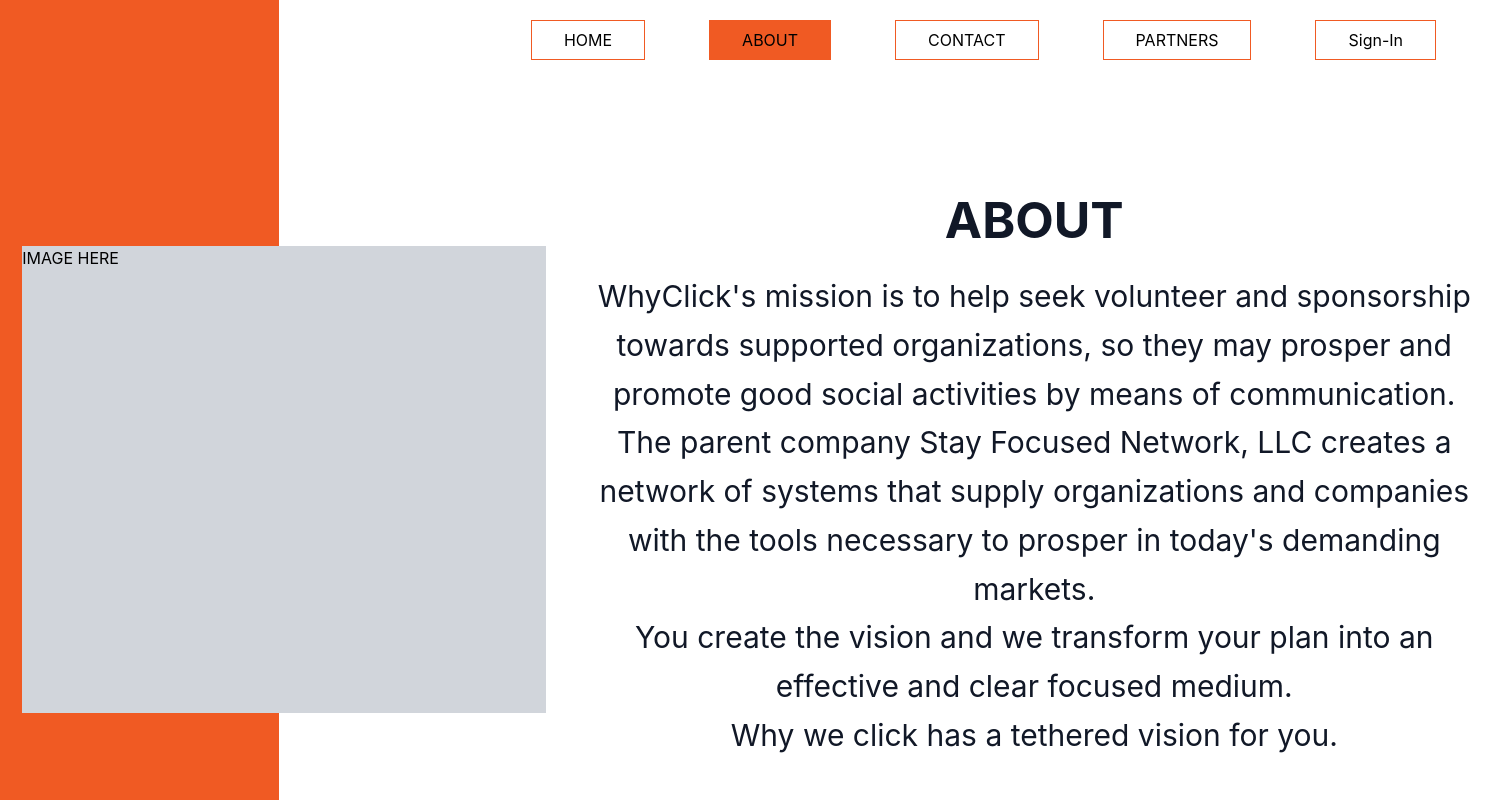
Repository: legenddev1202/whyclicktv
Page: /about
An editor plug-in stored every save of this project. The page is shown before and after the next save, followed by the edit.
The browser window is 1280 px wide. The page is 1500 px wide, so the pictures cover 1500 px, including what lies to the right of the window. The pictures show the whole page.
The project was rebuilt for these pictures with package versions that can differ from the ones it lists, and the page was loaded fresh each time. Also part of the build but not shown: src/App.css, src/pages/home.js, src/pages/contact.js, src/pages/partners.js, src/pages/referral.js.

Above is the page before, as saved 2022-04-12 08:03:57.

### public/index.html
<!DOCTYPE html>
<html lang="en">
  <head>
    <meta charset="utf-8" />
    <link rel="icon" href="%PUBLIC_URL%/favicon.ico" />
    <meta name="viewport" content="width=device-width, initial-scale=1" />
    <meta name="theme-color" content="#000000" />
    <meta name="description" content="why-click" />
    <link rel="apple-touch-icon" href="%PUBLIC_URL%/favicon.ico" />
    <!--
      manifest.json provides metadata used when your web app is installed on a
      user's mobile device or desktop. See https://developers.google.com/web/fundamentals/web-app-manifest/
    -->
    <link rel="manifest" href="%PUBLIC_URL%/manifest.json" />
    <!--
      Notice the use of %PUBLIC_URL% in the tags above.
      It will be replaced with the URL of the `public` folder during the build.
      Only files inside the `public` folder can be referenced from the HTML.

      Unlike "/favicon.ico" or "favicon.ico", "%PUBLIC_URL%/favicon.ico" will
      work correctly both with client-side routing and a non-root public URL.
      Learn how to configure a non-root public URL by running `npm run build`.
    -->
    <title>WhyClick.tv</title>
  </head>
  <body>
    <noscript>WhyClick.tv</noscript>
    <div id="root"></div>
    <!--
      This HTML file is a template.
      If you open it directly in the browser, you will see an empty page.

      You can add webfonts, meta tags, or analytics to this file.
      The build step will place the bundled scripts into the <body> tag.

      To begin the development, run `npm start` or `yarn start`.
      To create a production bundle, use `npm run build` or `yarn build`.
    -->
  </body>
</html>

### src/index.css
@tailwind base;
@tailwind components;
@tailwind utilities;

body {
  margin: 0;
  font-family: -apple-system, BlinkMacSystemFont, "Segoe UI", "Roboto", "Oxygen",
    "Ubuntu", "Cantarell", "Fira Sans", "Droid Sans", "Helvetica Neue",
    sans-serif;
  -webkit-font-smoothing: antialiased;
  -moz-osx-font-smoothing: grayscale;
  height: 100%;
  min-width: 1500px;
}

code {
  font-family: source-code-pro, Menlo, Monaco, Consolas, "Courier New",
    monospace;
}

input::placeholder {
  font-size: 50;
}

input::-moz-placeholder {
  font-size: 50;
}

input::-webkit-input-placeholder {
  font-size: 50;
}

### src/App.js
import { Routes, Route, Link } from "react-router-dom";
import "./App.css";
import Home from "./pages/home";
import About from "./pages/about";
import Contact from "./pages/contact";
import Partners from "./pages/partners";
import Referral from "./pages/referral";

function App() {
  return (
    <Routes>
      <Route path="/" element={<Home />} />
      <Route path="about" element={<About />} />
      <Route path="contact" element={<Contact />} />
      <Route path="partners" element={<Partners />} />
      <Route path="referrel" element={<Referral />} />
    </Routes>
  );
}

export default App;

### src/pages/about.js
import React from "react";
import { Routes, Route, Link } from "react-router-dom";

function About() {
  return (
    <div>
      <div className="bg-transparent w-full h-20 flex items-center px-8 justify-between z-0">
        <div>
          <div
            className="absolute h-20 top-0 left-0"
            style={{ backgroundColor: "#F05A23", width: "279px" }}
          ></div>
        </div>
        <div className="bg-transparent">
          <button
            className="h-10 px-8 mx-8 border"
            style={{ borderColor: "#F05A23" }}
          >
            <Link to="/">HOME</Link>
          </button>
          <button
            className="h-10 px-8 mx-8 border"
            style={{ borderColor: "#F05A23", backgroundColor: "#F05A23" }}
          >
            <Link to="/about">ABOUT</Link>
          </button>
          <button
            className="h-10 px-8 mx-8 border"
            style={{ borderColor: "#F05A23" }}
          >
            <Link to="/contact">CONTACT</Link>
          </button>
          <button
            className="h-10 px-8 mx-8 border"
            style={{ borderColor: "#F05A23" }}
          >
            <Link to="/partners">PARTNERS</Link>
          </button>
          <button
            className="h-10 px-8 mx-8 border"
            style={{ borderColor: "#F05A23" }}
          >
            <Link to="/signin">Sign-In</Link>
          </button>
        </div>
      </div>

      <div
        className="flex w-full items-center justify-around absolute z-20 mx-auto ml-auto"
        style={{ top: "200px", minWidth: 1500 }}
      >
        <div
          className="bg-gray-300"
          style={{ width: "524px", height: "467px" }}
        >
          IMAGE HERE
        </div>
        <div
          className=" flex flex-col items-center justify-center"
          style={{ maxWidth: "887px" }}
        >
          <div
            className="text-4xl font-bold mb-8 text-gray-900"
            style={{ fontSize: 50 }}
          >
            ABOUT
          </div>
          <div
            className="text-2xl text-center leading-relaxed text-gray-900"
            style={{ fontSize: 30 }}
          >
            WhyClick's mission is to help seek volunteer and sponsorship towards
            supported organizations, so they may prosper and promote good social
            activities by means of communication.
            <br /> The parent company Stay Focused Network, LLC creates a
            network of systems that supply organizations and companies with the
            tools necessary to prosper in today's demanding markets.
            <br /> You create the vision and we transform your plan into an
            effective and clear focused medium. <br /> Why we click has a
            tethered vision for you.
          </div>
        </div>
      </div>
      <div
        className="absolute h-full left-0 z-10"
        style={{ backgroundColor: "#F05A23", width: "279px" }}
      ></div>
    </div>
  );
}

export default About;

Loaded but not shown: src/index.js (common file); src/reportWebVitals.js (common file); tailwind.config.js (common file)

After the next save:
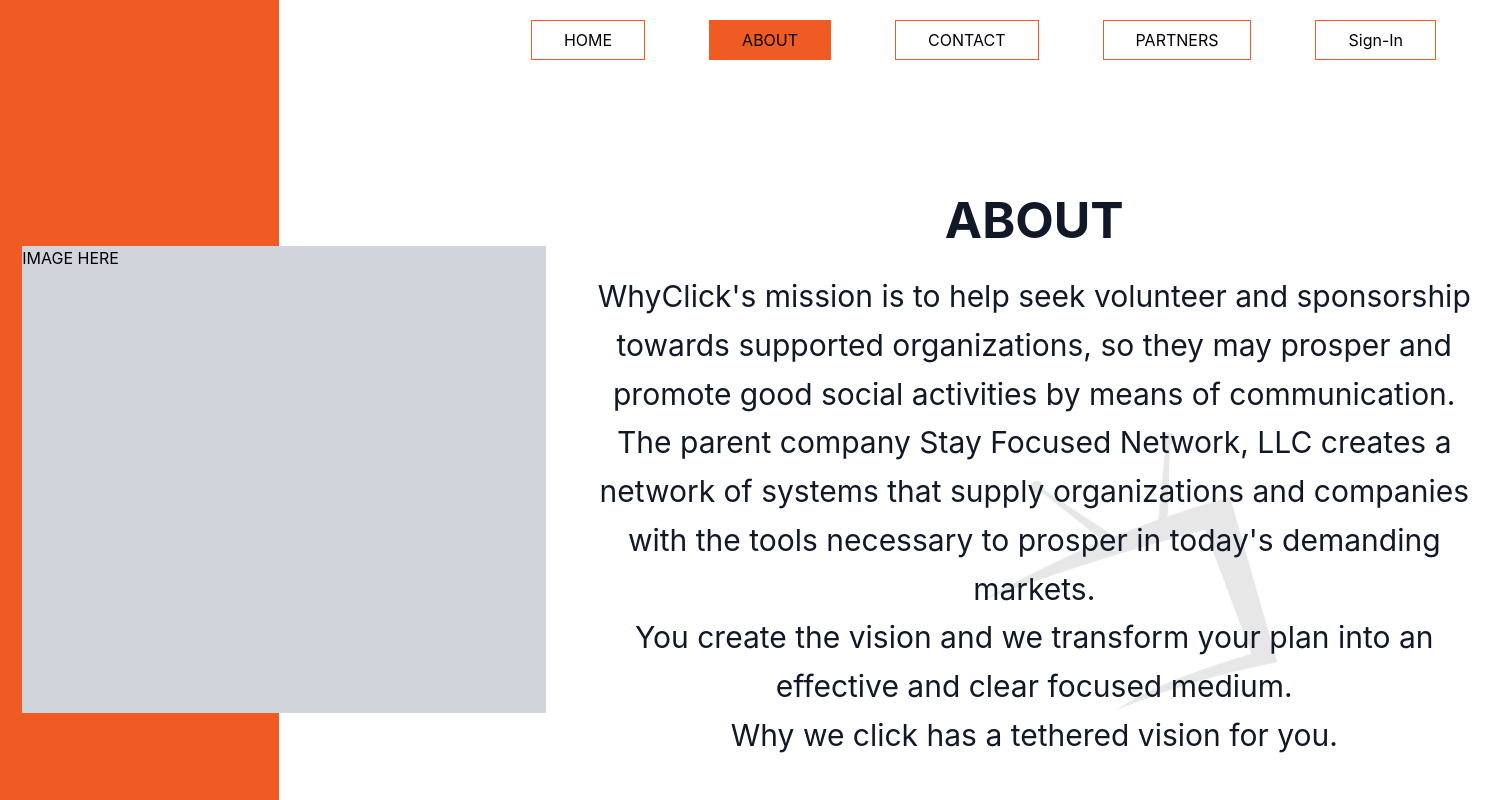
Saved 2 min 45 s later.
--- a/src/pages/about.js
+++ b/src/pages/about.js
@@ -85,6 +85,11 @@
         className="absolute h-full left-0 z-10"
         style={{ backgroundColor: "#F05A23", width: "279px" }}
       ></div>
+      <img
+        className="logo-icon h-72 absolute bottom-0 right-0"
+        src="assets/images/logos/tv-logo.png"
+        alt="logo"
+      />
     </div>
   );
 }
